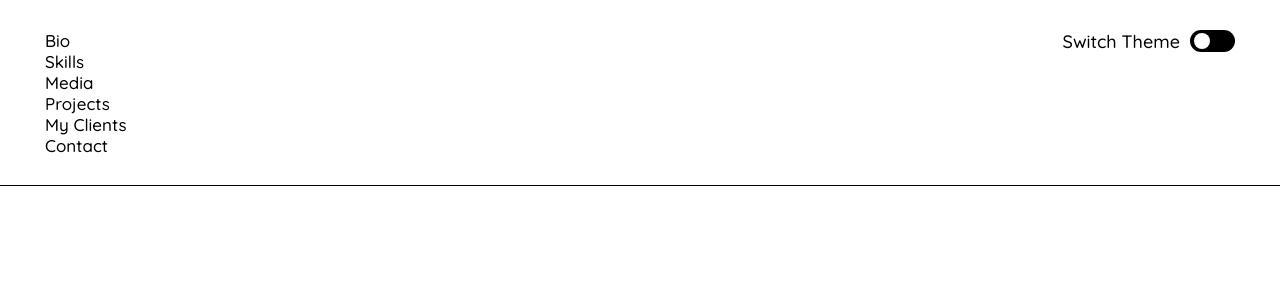
Repository: benarafa1/personal-website
Page: index.html
These files come from the project's save history. The page is drawn as it stood at one moment and after the next save; the edit follows.
The browser window is 1280 px wide. The pictures show the whole page.

Above is the page before, as saved 2025-04-11 18:35:32.

After the next save:
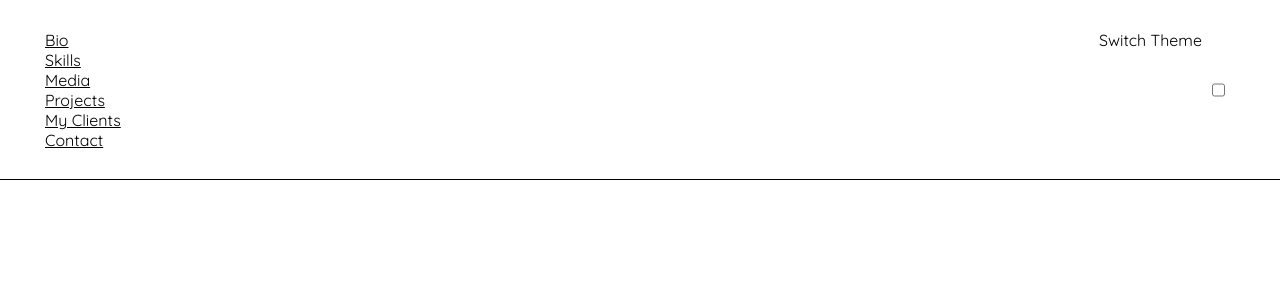
Saved 83 s later.
--- a/index.html
+++ b/index.html
@@ -19,23 +19,23 @@
       <header class="header">
         <nav class="navigation">
           <ul class="navigation__list">
-            <li><a class="nav-link" href="#">Bio</a></li>
-            <li><a class="nav-link" href="#">Skills</a></li>
-            <li><a class="nav-link" href="#">Media</a></li>
-            <li><a class="nav-link" href="#">Projects</a></li>
-            <li><a class="nav-link" href="#">My Clients</a></li>
-            <li><a class="nav-link" href="#">Contact</a></li>
+            <li><a class="navigation__link" href="#">Bio</a></li>
+            <li><a class="navigation__link" href="#">Skills</a></li>
+            <li><a class="navigation__link" href="#">Media</a></li>
+            <li><a class="navigation__link" href="#">Projects</a></li>
+            <li><a class="navigation__link" href="#">My Clients</a></li>
+            <li><a class="navigation__link" href="#">Contact</a></li>
           </ul>
         </nav>
         <div class="toggle">
-          <h3 class="toggle-title">Switch Theme</h3>
+          <h3 class="toggle__title">Switch Theme</h3>
           <input
             type="checkbox"
-            name="toggle-checkbox"
+            name="toggle__checkbox"
             id="checkbox"
-            class="toggle-checkbox"
+            class="toggle__checkbox"
           />
-          <label for="checkbox" class="toggle-label"></label>
+          <label for="checkbox" class="toggle__label"></label>
         </div>
       </header>
     </div>
